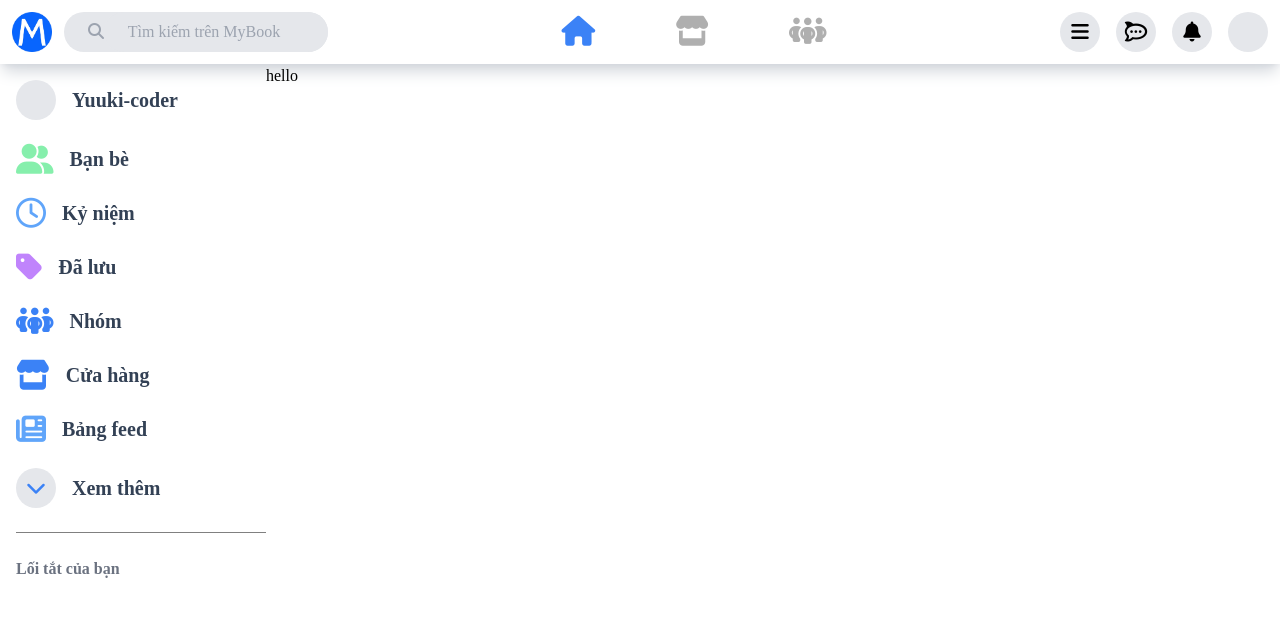
Repository: Yuukicoder/MyBook
Page: / (app in mybook/)
The author's editor kept a copy of each file at every save. The page is drawn from the files as they stood at one save, then again after the next save.
The browser window is 1280 px wide. The pictures show the whole page.
The project was rebuilt for these pictures with package versions that can differ from the ones it lists, and the page was loaded fresh each time.

Above is the page before, as saved 2023-12-14 09:00:59.

After the next save:
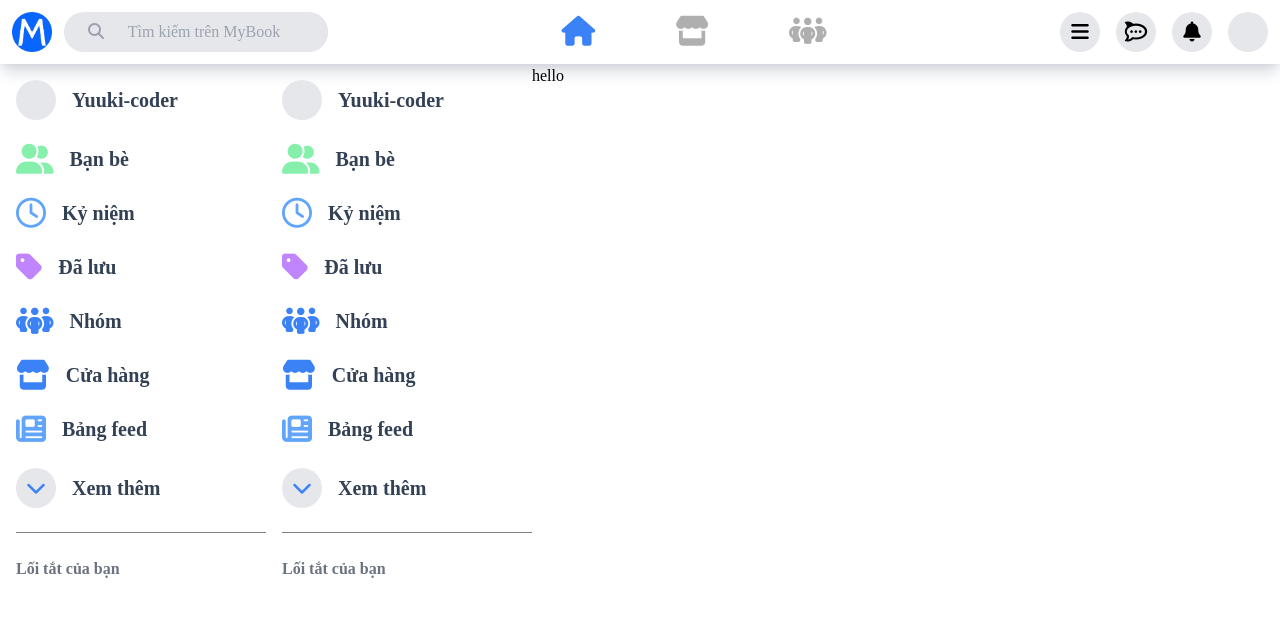
Saved 9 s later.
--- a/mybook/src/App.js
+++ b/mybook/src/App.js
@@ -9,6 +9,7 @@ import News from './News';
         <Navbar/>
         <div class="flex">
         <Option name="Yuuki-coder"/>
+        <Option name="Yuuki-coder"/>
         <News/>
         {/* <Friend_contact/> */}
         </div>
